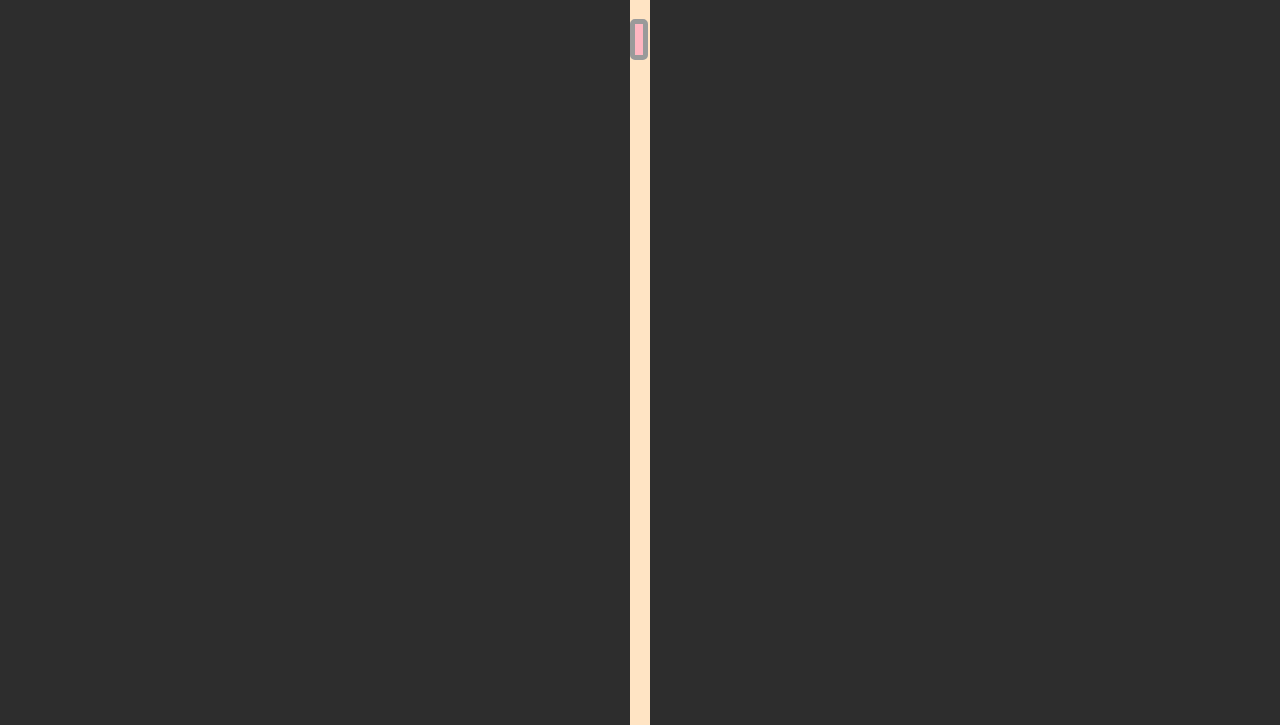
Repository: f00d4tehg0dz/elgato-streamdeck-cookie-clicker
Page: com.f00d4tehg0dz.cookieclicker.sdPlugin/cookieclicker.html
The author's editor kept a copy of each file at every save. The page is drawn from the files as they stood at one save, then again after the next save.
The browser window is 1280 px wide. The pictures show the whole page.

Above is the page before, as saved 2022-01-28 12:02:50.

After the next save:
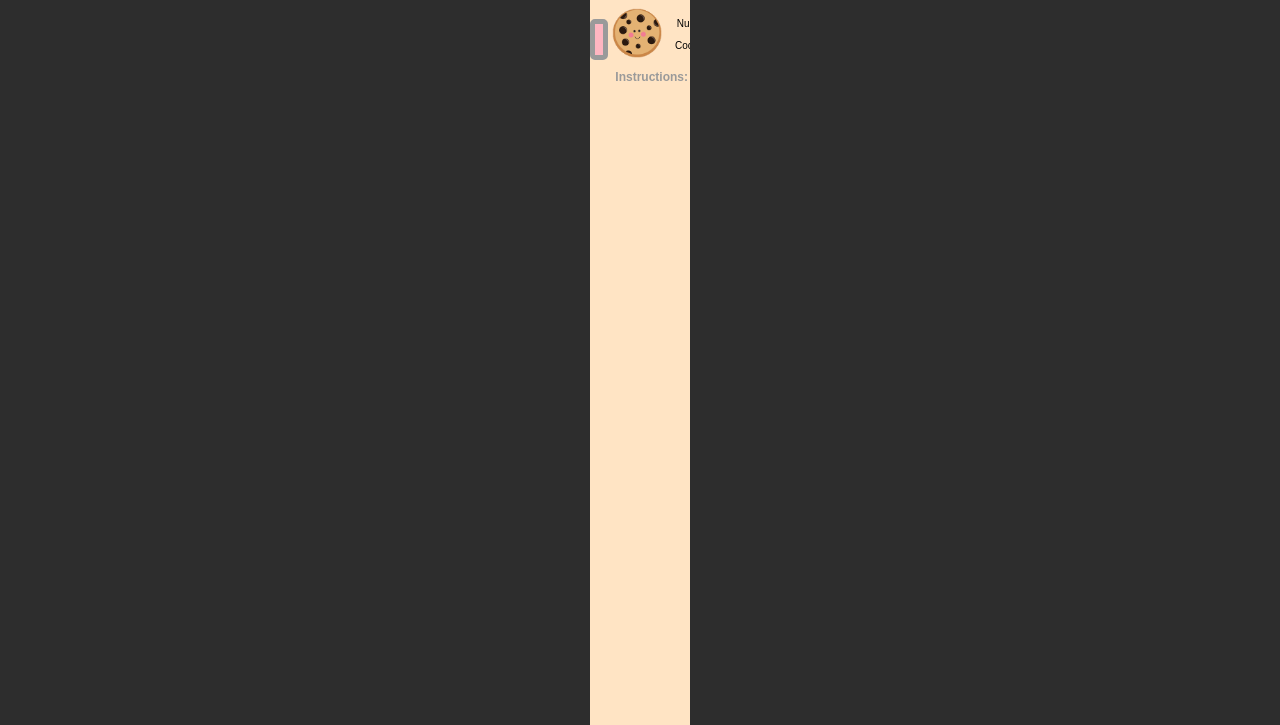
Saved 5 s later.
--- a/com.f00d4tehg0dz.cookieclicker.sdPlugin/css/styles.css
+++ b/com.f00d4tehg0dz.cookieclicker.sdPlugin/css/styles.css
@@ -4,7 +4,7 @@ body {
   background-color: bisque;
   margin: auto;
   text-align: center;
-  width:20px;
+  width:100px;
 }
 
 p {
